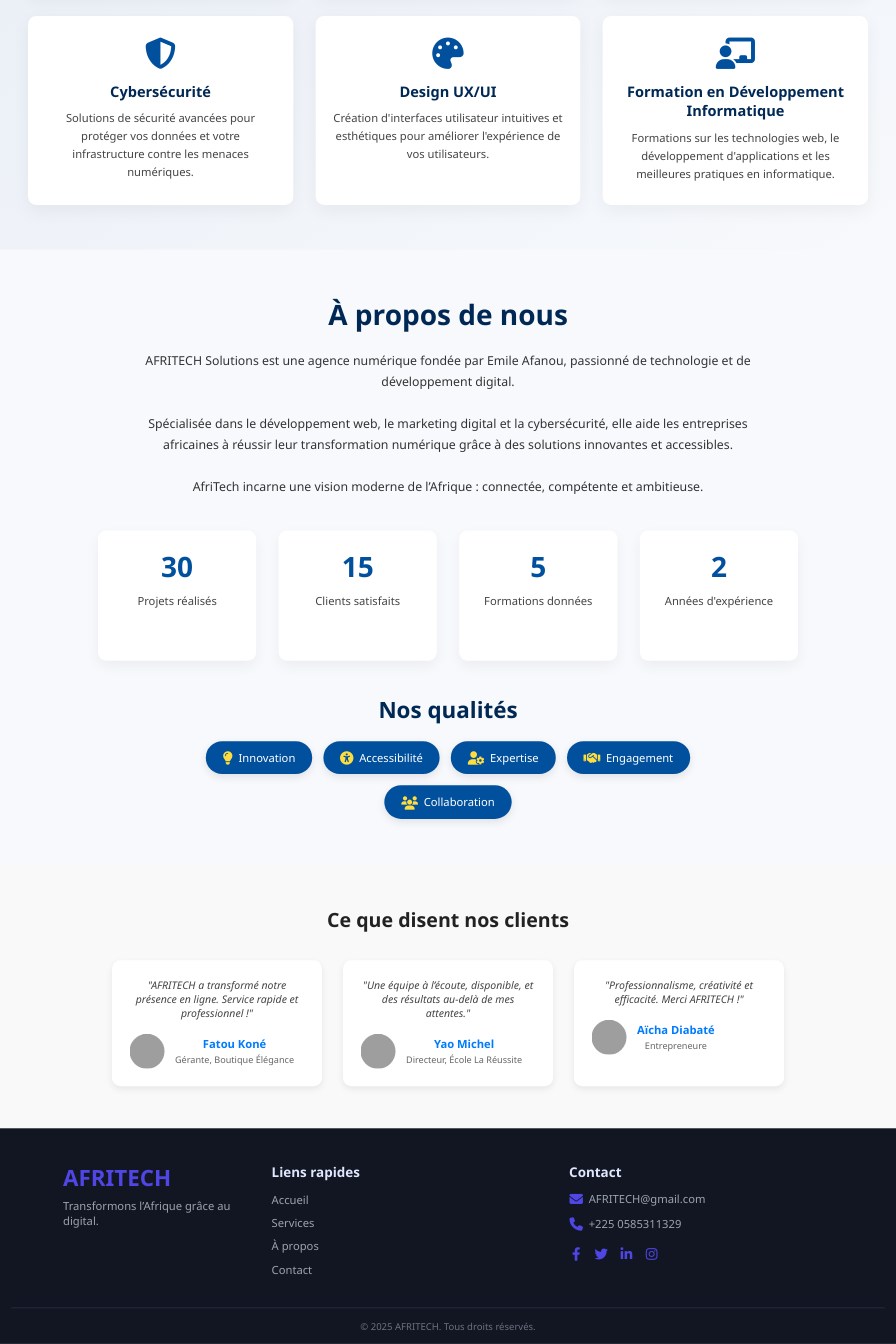
Repository: prestige225/AFRITECH
Page: index.html
These files come from the project's save history. The page is drawn as it stood at one moment and after the next save; the edit follows.
The browser window is 1280 px wide. The pictures show the part of the page from y = 917 to 2837 px (the page is 2837 px tall), at 70% of full size.
Pictures or frames that could not be fetched are drawn as grey boxes.

Above is the page before, as saved 2025-07-25 23:37:37.
Console error: TypeError: Cannot read properties of null (reading 'addEventListener')

After the next save:
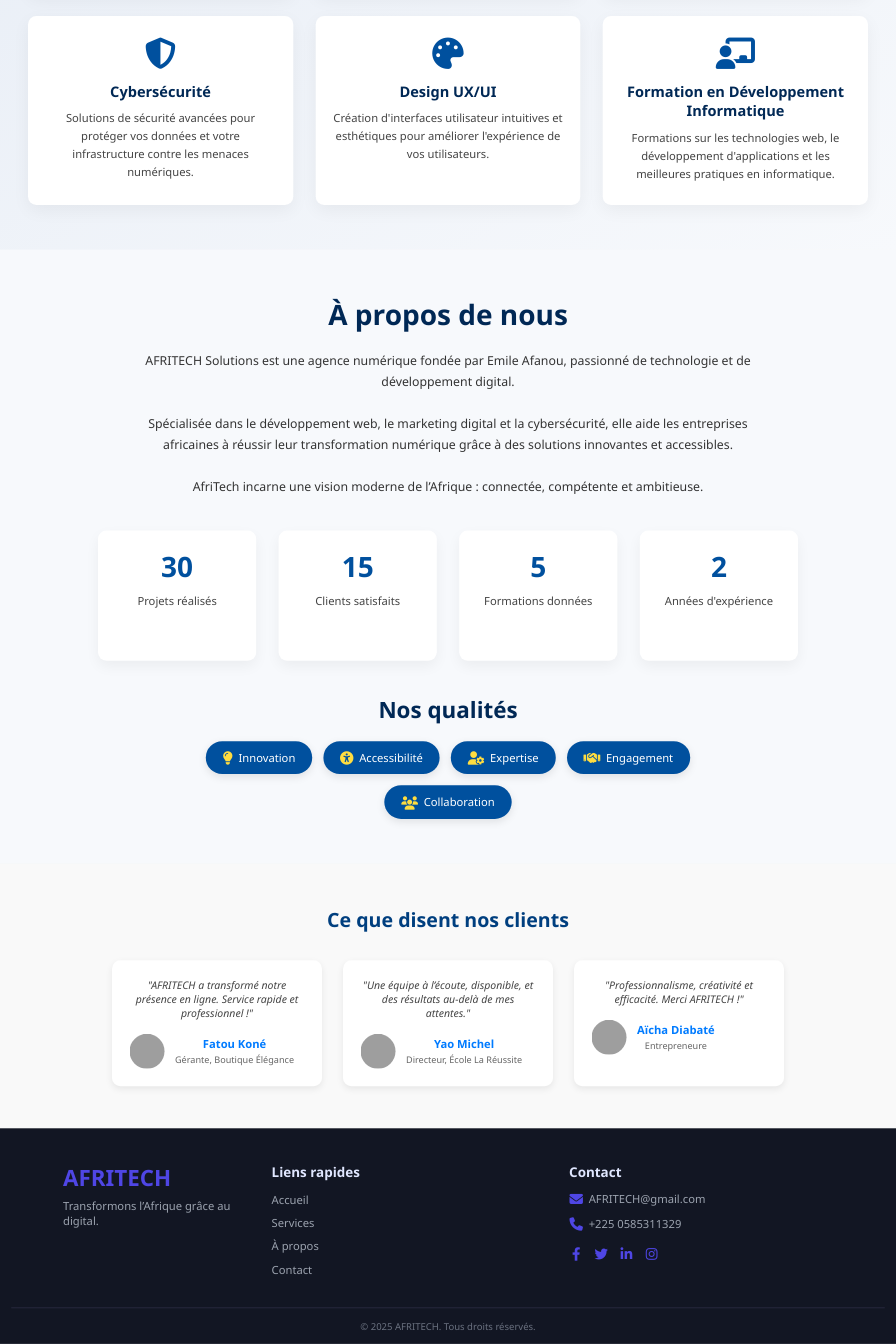
Saved 2 min 7 s later.
--- a/style.css
+++ b/style.css
@@ -754,7 +754,7 @@ html {
 .temoignages-section h2 {
   font-size: 28px;
   margin-bottom: 40px;
-  color: #222;
+  color: #003f7f;
 }
 
 .temoignages-container {
